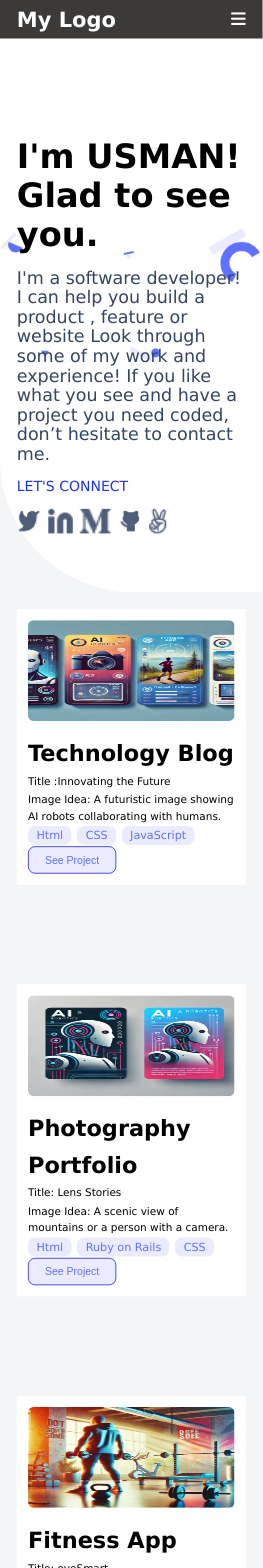
Repository: usman3123/portfolio-template-3
Page: index.html
These files come from the project's save history. The page is drawn as it stood at one moment and after the next save; the edit follows.
The browser window is 375 px wide. The pictures show the part of the page from y = 0 to 2240 px (the page is 4557 px tall before and 4465 px after), at 70% of full size.
Some web libraries are served in a nearby version.

Above is the page before, as saved 2025-01-29 17:07:10.

After the next save:
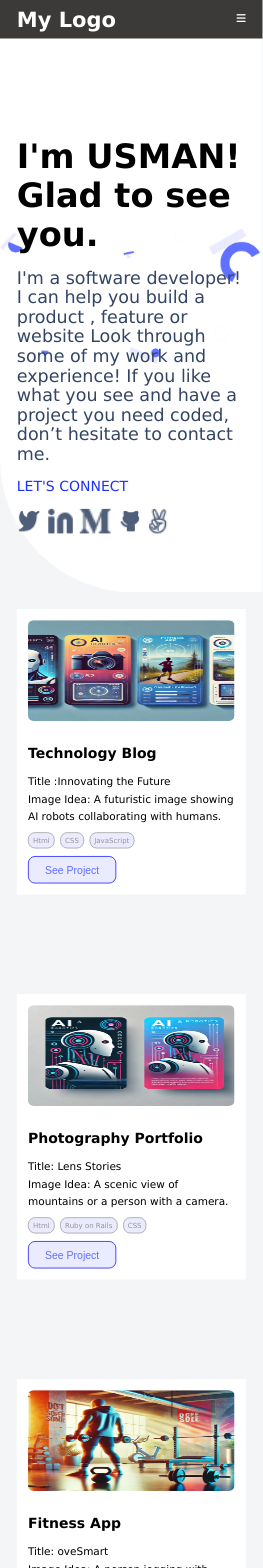
Saved 49 min 39 s later.
--- a/style.css
+++ b/style.css
@@ -8,6 +8,7 @@ body {
     font-family: Verdana, Geneva, Tahoma, sans-serif;
     background-color: #f4f5f7;
 }
+
 
 .flex {
     display: flex;
@@ -288,6 +289,149 @@ body {
     align-items: center;
     width: 130px;
 }
+html {
+    font-size: 62.5%;
+}
+
+.container {
+    width: 100vw;
+    max-width: 1440px;
+    height: 100vh;
+    background-color: #c1c7d0;
+    backdrop-filter: blur(5px);
+    position: relative;
+}
+
+.inner-container {
+    padding: 24px;
+    width: 100%;
+    height: 100%;
+    max-width: 1156px;
+    max-height: 1163px;
+    position: absolute;
+    top: 50%;
+    left: 50%;
+    transform: translate(-50%,-50%);
+    background-color: white;
+    flex-wrap: wrap;
+
+}
+
+.heading > h2{
+    align-items: center;
+    justify-content: space-between;
+}
+
+.languages {
+    gap: 8px;
+}
+
+
+.wrapimg {
+    width: 100%;
+    height: 82.3%;
+    max-width: 1108px;
+    max-height: 586px;
+}
+
+.p3 {
+    display: none;
+}
+
+.paragraph {
+    color: #344563;
+    font-size: 2rem;
+}
+
+.btnimg {
+    width: 20px;
+    height: 20px;
+}
+
+.livebtn {
+    width: 43.6%;
+    height: 48px;
+    gap: 20px;
+    padding: 12px 16px;
+    background-color: #36B37F;
+    color: white;
+    font-size: 17px;
+    align-items: center;
+}
+
+.sourcebtn {
+    width: 49%;
+    height: 48px;
+    gap: 20px;
+    padding: 12px 16px;
+    background-color: #36B37F;
+    color: white;
+    font-size: 17px;
+    align-items: center;
+}
+
+.livebtn > p {
+    font-size: 1.7rem;
+    line-height: 2.4rem;
+    font-weight: 700;
+}
+
+.buttons {
+    width: 311px;
+    height: 56px;
+    gap: 24px;
+    margin-top: 30px;
+}
+
+.btnimg {
+    filter: brightness(0) invert(1);
+}
+
+.languages {
+    padding: 9px 0;
+}
+
+.heading > h2 {
+    font-size: 32px;
+    line-height: 44px;
+}
+.icon-head {
+    justify-content: space-between;
+    font-size: 3rem;
+}
+.lang {
+    font-size: 1rem;
+    color: #979493;
+    padding: 5px 6px;
+    border: 1px solid #979493;
+}
+
+@media (max-width :600px) {
+    .p1 {
+     display: none;;
+    }
+
+    .p2 {
+        display: none;
+    }
+
+    .p3 {
+        display: block;
+    }
+
+    .wrap {
+        flex-direction: column;
+        padding-top: 20px;
+    }
+
+    .wrapimg {
+        width: 100%;
+        height: 29.3%;
+        max-width: 872px;
+        max-height: 616px;
+    }
+
+}
 
 
 
